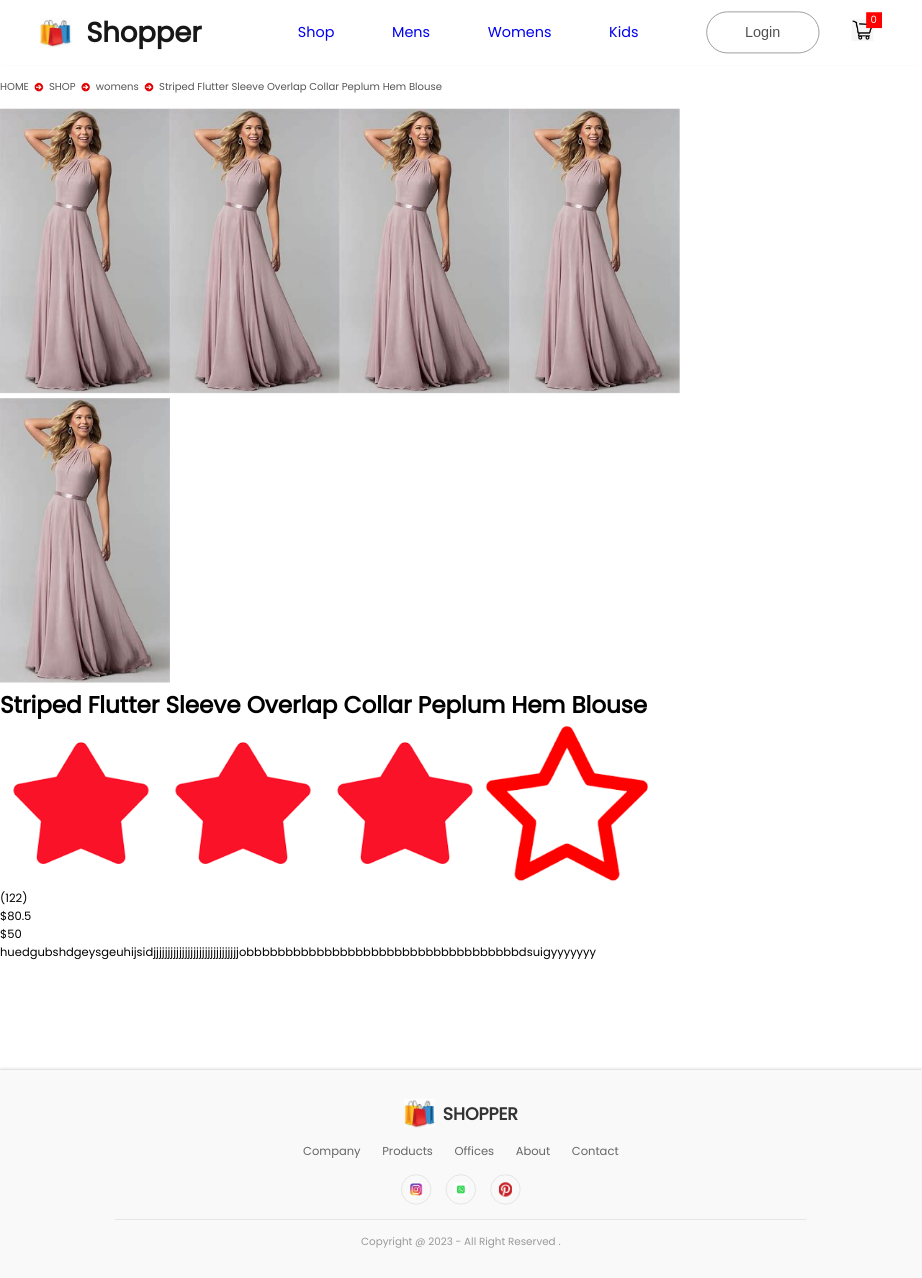
Repository: sshaiv/Shoppie_EcommerceAPP
Page: /product/1
These files come from the project's save history. The page is drawn as it stood at one moment and after the next save; the edit follows.
The browser window is 1280 px wide. The pictures show the whole page, at 72% of full size.
The project was rebuilt for these pictures with package versions that can differ from the ones it lists, and the page was loaded fresh each time. Also part of the build but not shown: src/App.css, src/Components/Pages/CSS/ShopCategory.css, src/Components/Item/Item.css, src/Components/Item/Item.jsx, src/Components/Pages/ShopCategory.jsx, src/Components/ProductDisplay/ProductDisplay.css, src/Components/Pages/Cart.jsx, src/Components/Pages/CSS/LoginSignup.css and 14 more.

Above is the page before, as saved 2024-07-16 21:52:51.

After the next save:
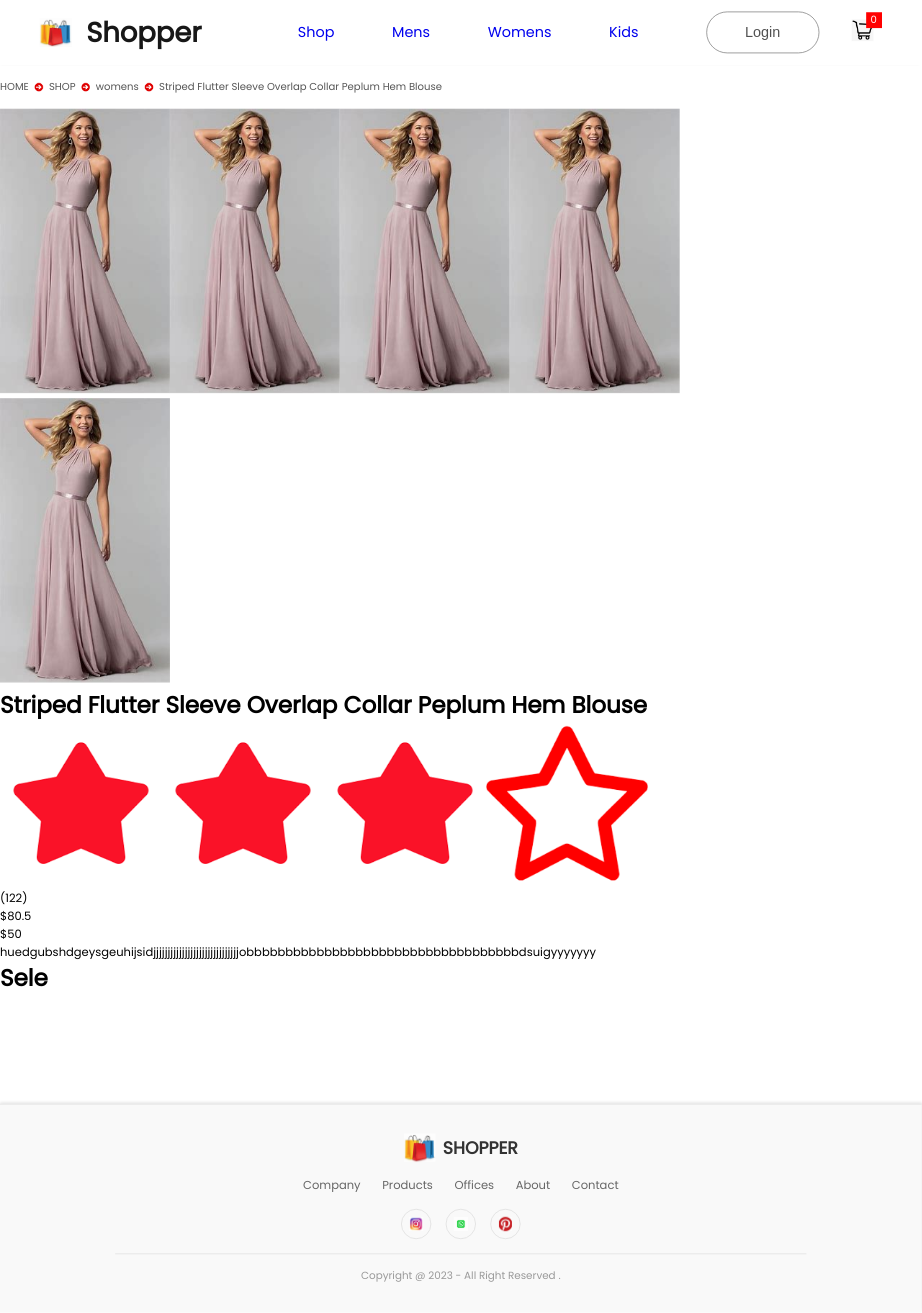
Saved 9 s later.
--- a/src/Components/ProductDisplay/ProductDisplay.jsx
+++ b/src/Components/ProductDisplay/ProductDisplay.jsx
@@ -40,7 +40,7 @@ const ProductDisplay = (props) => {
             huedgubshdgeysgeuhijsidjjjjjjjjjjjjjjjjjjjjjjjjjjjjjjobbbbbbbbbbbbbbbbbbbbbbbbbbbbbbbbbbbdsuigyyyyyyy
         </div>
         <div className="productdisplay-right-size">
-            <h1></h1>
+            <h1>Sele</h1>
         </div>
       </div>
     </div>
